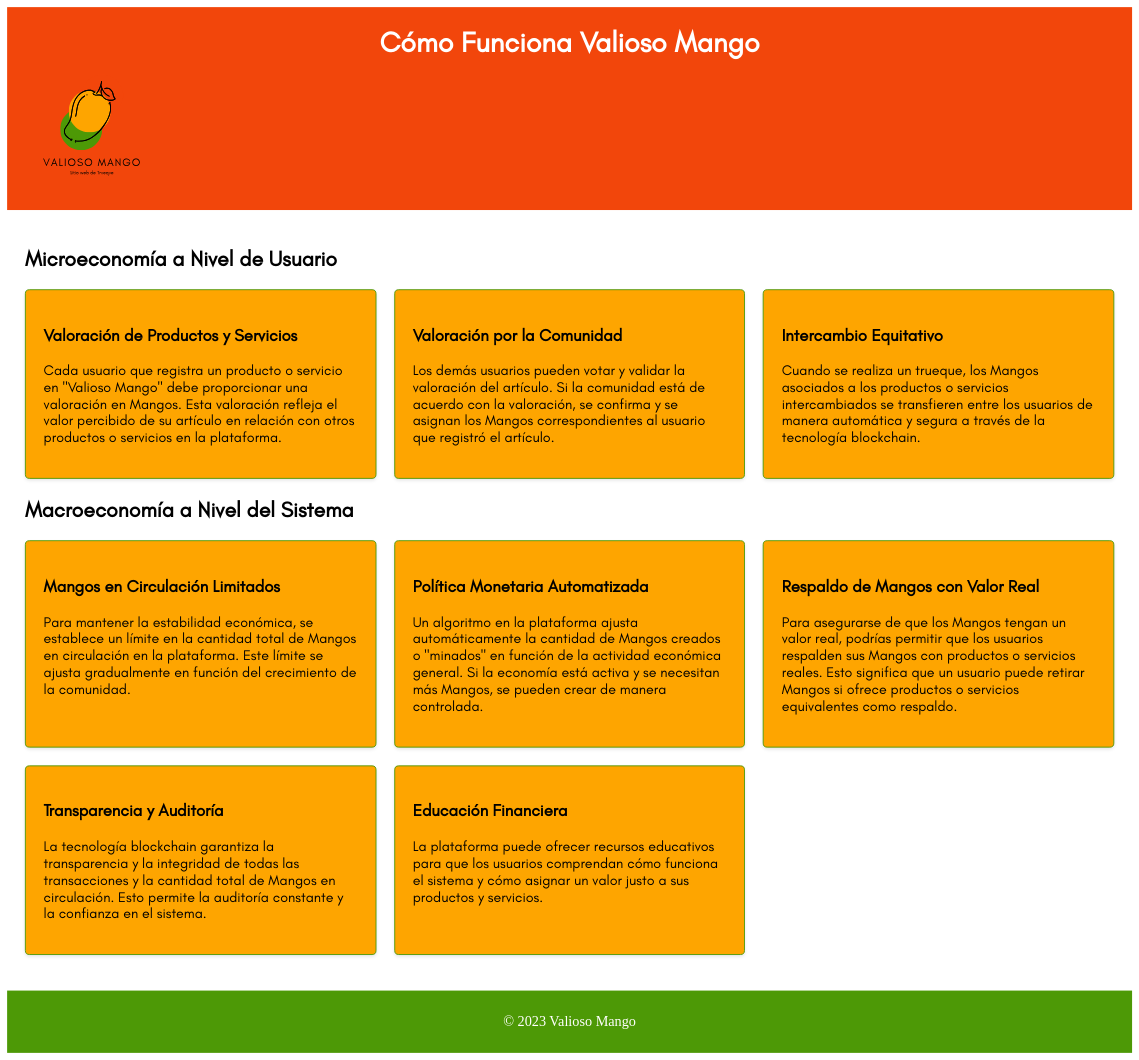
Repository: elba2612/comision23533_grupo20
Page: Pages/ComoFunciona.html
These files come from the project's save history. The page is drawn as it stood at one moment and after the next save; the edit follows.
The browser window is 1280 px wide. The pictures show the whole page, at 89% of full size.

Above is the page before, as saved 2023-10-20 09:40:36.

After the next save:
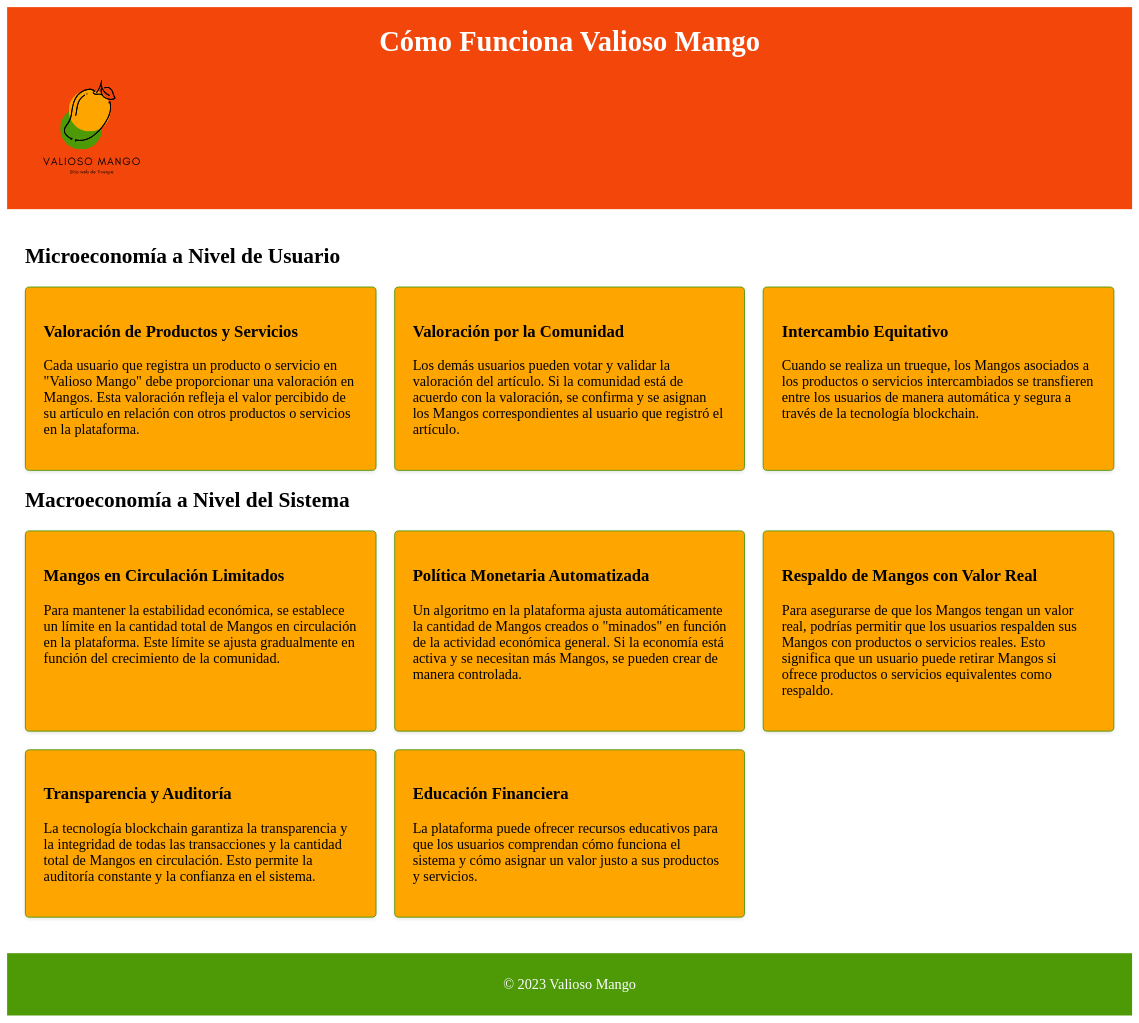
Saved 12 s later.
--- a/Estilos/estiloMango.css
+++ b/Estilos/estiloMango.css
@@ -19,10 +19,7 @@
     margin-bottom: 20px;
 }
 
-@font-face {
-    font-family: "Glacial Indifference";
-    src: url("../Sources/GlacialIndifference-Regular.otf");
-}
+
 
 .Glacial {
     font-family: "Glacial Indifference";
